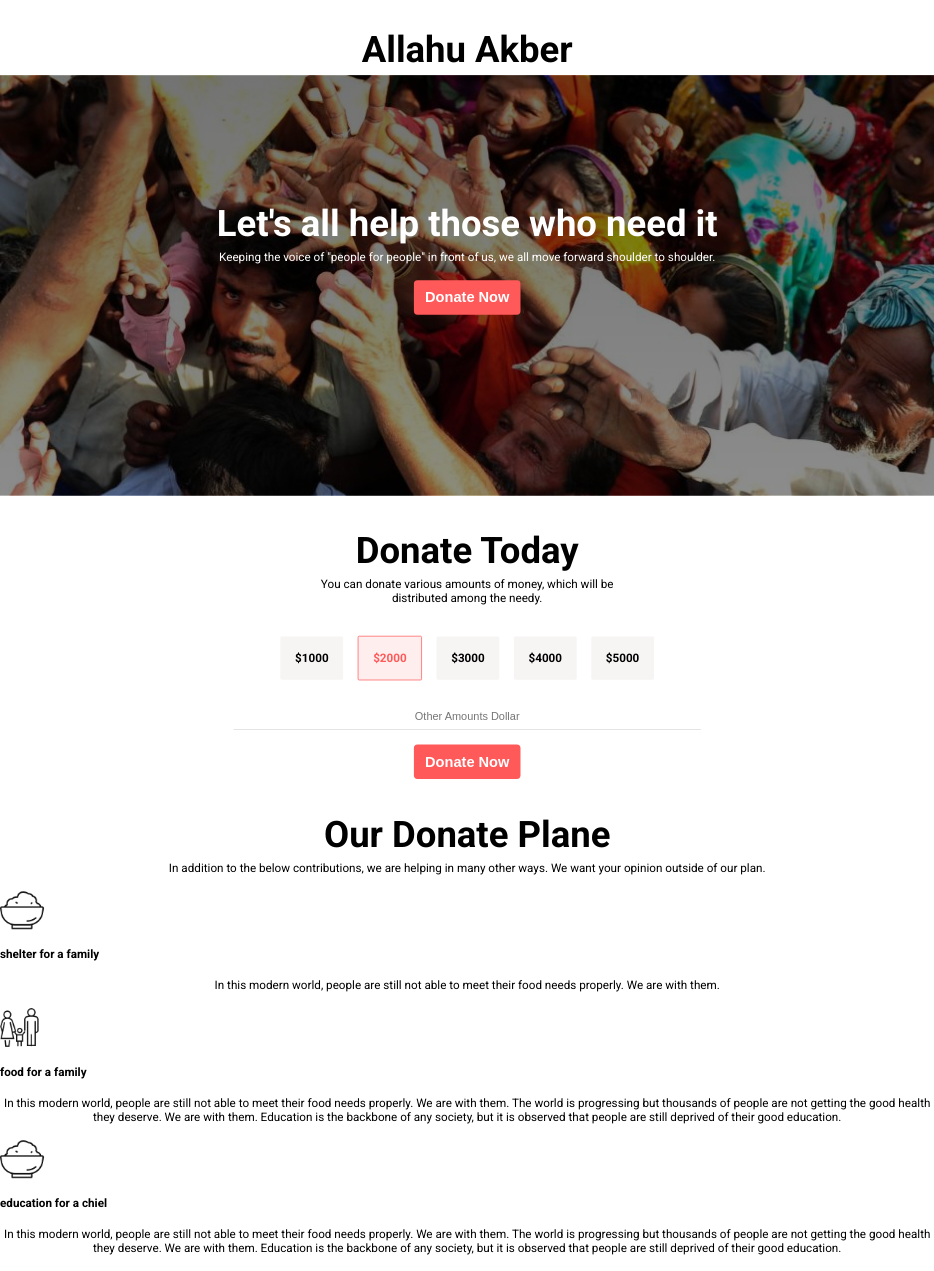
Repository: zjria/suppert-the-helpness
Page: index.html
An editor plug-in stored every save of this project. The page is shown before and after the next save, followed by the edit.
The browser window is 1280 px wide. The pictures show the whole page, at 73% of full size.

Above is the page before, as saved 2022-08-26 10:40:42.

### index.html
<!DOCTYPE html>
<html lang="en">

<head>
    <meta charset="UTF-8">
    <meta http-equiv="X-UA-Compatible" content="IE=edge">
    <meta name="viewport" content="width=device-width, initial-scale=1.0">
    <title>Support the helpless</title>
    <!-- Google Fonts -->
    <link rel="preconnect" href="https://fonts.googleapis.com">
    <link rel="preconnect" href="https://fonts.gstatic.com" crossorigin>
    <link href="https://fonts.googleapis.com/css2?family=Roboto:wght@100;300;400;500;700;900&display=swap"
        rel="stylesheet">
    <!-- Custom CSS -->
    <link rel="stylesheet" href="style.css">
</head>

<body>
    <h1>Allahu Akber</h1>
    <!-- Header Section -->
    <section class="header_section">
        <div class="header-text">
            <h1>Let's all help those who need it</h1>
            <p>Keeping the voice of "people for people" in front of us, we all move forward shoulder to shoulder.</p>
            <button class="button-style">Donate Now</button>
        </div>
    </section>
    <!-- Donate today Section -->
    <section class="donate-today">
        <h1>Donate Today</h1>
        <p>You can donate various amounts of money, which will be <br> distributed among the needy.</p>
        <div class="amounts">
            <div class="dollar">$1000</div>
            <div class="dollar" id="second">$2000</div>
            <div class="dollar">$3000</div>
            <div class="dollar">$4000</div>
            <div class="dollar">$5000</div>
        </div>
        <div class="input-field">
            <input type="text" placeholder="Other Amounts Dollar">
            <div class="line-style">
            </div>
            <button class="button-style">Donate Now</button>
        </div>
    </section>
    <!-- Our Donate Plane Section -->
    <section class="donate-lane">
        <h1>Our Donate Plane</h1>
        <p>In addition to the below contributions, we are helping in many other ways. We want your opinion outside of
            our plan.</p>

        <div class="plane">
            <img src="images/food.png" alt="">
            <h4>shelter for a family</h4>
            <p>In this modern world, people are still not able to meet their food needs properly. We are with them.
            </p>
        </div>
        <div class="plane">
            <img src="images/shelter.png" alt="">
            <h4>food for a family</h4>
            <p>In this modern world, people are still not able to meet their food needs properly. We are with them.

                The world is progressing but thousands of people are not getting the good health they deserve. We are
                with them.

                Education is the backbone of any society, but it is observed that people are still deprived of their
                good education.
            </p>
        </div>
        <div class="plane">
            <img src="images/food.png" alt="">
            <h4>education for a chiel</h4>
            <p>In this modern world, people are still not able to meet their food needs properly. We are with them.

                The world is progressing but thousands of people are not getting the good health they deserve. We are
                with them.

                Education is the backbone of any society, but it is observed that people are still deprived of their
                good education.
            </p>
        </div>

    </section>
</body>

</html>

### style.css
body {
    font-family: 'Roboto', sans-serif;
    margin: 0%;
    padding: 0%;
}

/* Header Section */
.header_section {
    background-image: linear-gradient(rgb(0, 0, 0, 0.55), rgb(0, 0, 0, 0.45)), url(images/header.jpg);
    background-position: center;
    background-size: cover;
    width: 100%;
    height: 80vh;
    color: white;
}

.header-text {
    margin: auto;
    justify-content: center;
    align-items: center;
    padding-top: 10%;
}

h1 {
    font-size: 50px;
    padding: 5px;
    margin-bottom: 1px;
    text-align: center;

}

p {
    font-size: 16px;
    padding: 2px;
    margin: 0px 0px 20px 0px;
    font: bolder;
    text-align: center;

}

.button-style {
    font-size: 20px;
    padding: 12px 15px;
    background-color: #ff5959;
    color: white;
    border-radius: 5px;
    border: none;
    font-weight: 700;
    text-align: center;
    align-items: center;
    justify-content: center;
    margin: 0 auto;
    display: flex;
}


/* donate-today */
.amounts {
    display: flex;
    margin: auto;
    align-items: center;
    text-align: center;
    justify-content: center;
}

.dollar {
    padding: 20px;
    background: rgb(247, 244, 244);
    margin: 20px 10px 30px 10px;
    border-radius: 2px;
    font-weight: bold;
}

.dollar#second {
    border: 1px solid #ff5959;
    background: #ffeeee;
    transition: none;
    transform: none;
    color: #ff5959;
    font-weight: bold;
}

.input-field input {
    text-align: center;
    align-items: center;
    margin: 0 auto;
    display: flex;
    border: 0;
    padding: 10px 15px;
    width: 50%;
    font-size: 15px;
}

.input-field .line-style {
    width: 50%;
    text-align: center;
    align-items: center;
    margin: 0 auto;
    content: '';
    background-color: #dadada;
    color: #dadada;
    height: 1px;
    margin-bottom: 20px;
}

After the next save:
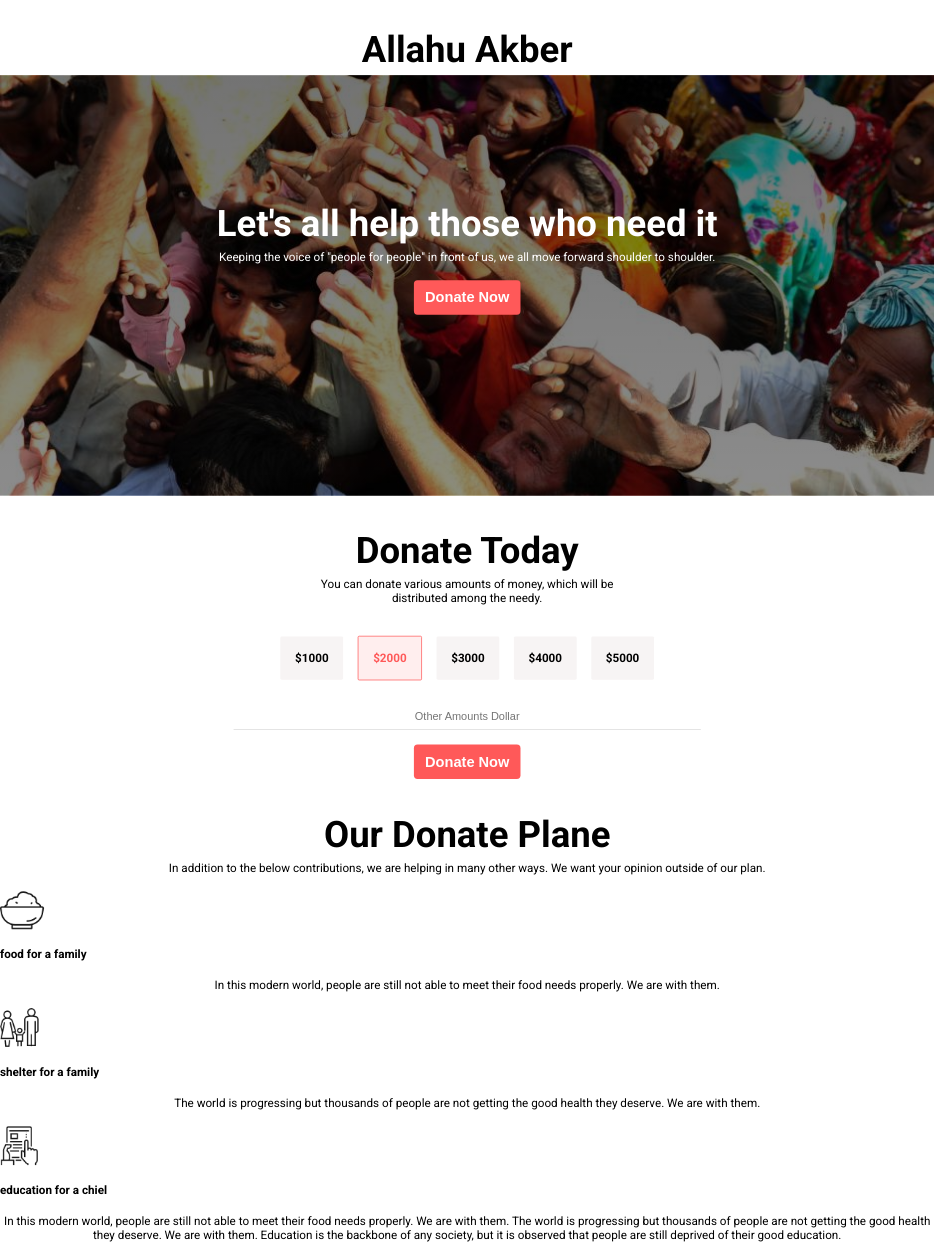
Saved 63 s later.
--- a/index.html
+++ b/index.html
@@ -51,24 +51,19 @@
 
         <div class="plane">
             <img src="images/food.png" alt="">
-            <h4>shelter for a family</h4>
+            <h4>food for a family</h4>
             <p>In this modern world, people are still not able to meet their food needs properly. We are with them.
             </p>
         </div>
         <div class="plane">
             <img src="images/shelter.png" alt="">
-            <h4>food for a family</h4>
-            <p>In this modern world, people are still not able to meet their food needs properly. We are with them.
-
-                The world is progressing but thousands of people are not getting the good health they deserve. We are
+            <h4>shelter for a family</h4>
+            <p>The world is progressing but thousands of people are not getting the good health they deserve. We are
                 with them.
-
-                Education is the backbone of any society, but it is observed that people are still deprived of their
-                good education.
             </p>
         </div>
         <div class="plane">
-            <img src="images/food.png" alt="">
+            <img src="images/Frame-1.png" alt="">
             <h4>education for a chiel</h4>
             <p>In this modern world, people are still not able to meet their food needs properly. We are with them.
 
